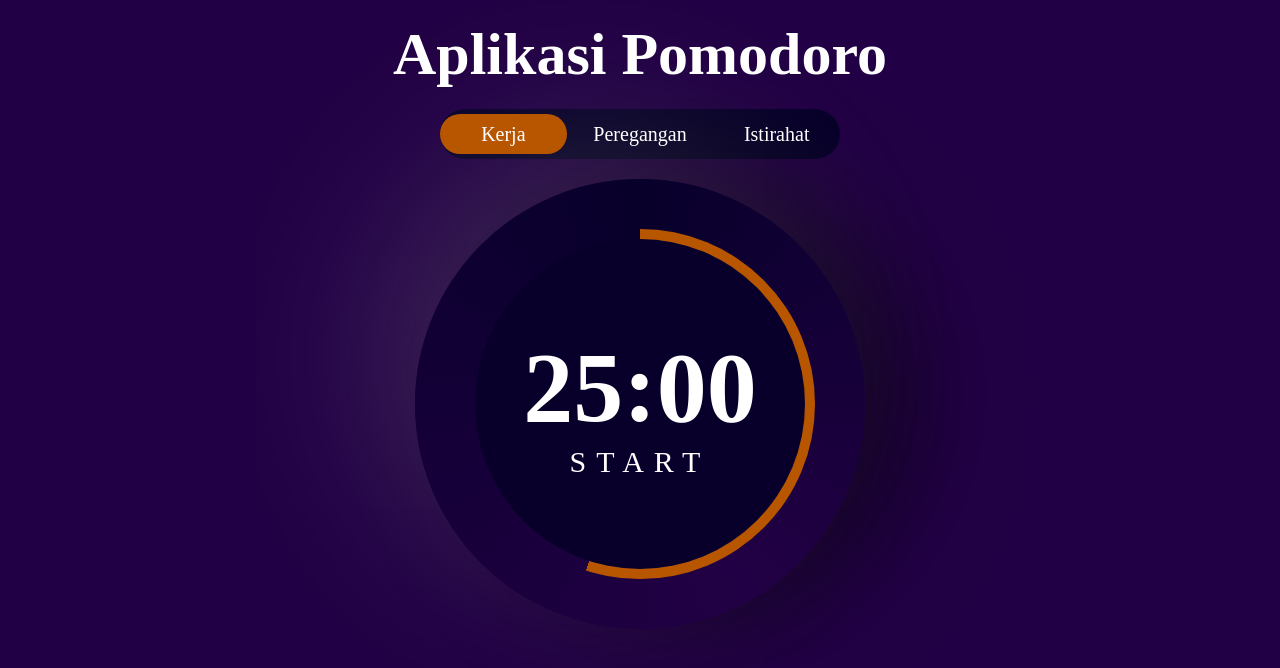
Repository: sellayspy/aplikasiPomodoro
Page: /
The author's editor kept a copy of each file at every save. The page is drawn from the files as they stood at one save, then again after the next save.
The browser window is 1280 px wide. The pictures show the whole page.
The project was rebuilt for these pictures with package versions that can differ from the ones it lists, and the page was loaded fresh each time. Also part of the build but not shown: vite.config.js.

Above is the page before, as saved 2024-11-25 15:50:51.

### index.html
<!DOCTYPE html>
<html lang="en">
  <head>
    <meta charset="UTF-8" />
    <link rel="icon" type="image/svg+xml" href="/vite.svg" />
    <meta name="viewport" content="width=device-width, initial-scale=1.0" />
    <title>Aplikasi Pomodoro</title>
  </head>
  <body>
    <div id="root"></div>
    <script type="module" src="/src/main.jsx"></script>
  </body>
</html>

### src/main.jsx
import { StrictMode } from "react";
import { createRoot } from "react-dom/client";
import { createGlobalStyle, ThemeProvider } from "styled-components";
import App from "./App.jsx";
import StateProvider from "./components/StateProvider.jsx";

const GlobalStyle = createGlobalStyle`

*{
  margin: 0;
  padding: 0;
  box-sizing: border-box;
}

  html,body{
    background-color: ${(props) => props.theme.colors.bg};;
    font-size: 62.5%;
  }

  body{
    font-size: 1.6rem;
    color: white;
  }

`;

const theme = {
  colors: {
    primary: "#b85600",
    secondary: "#08002b",
    bg: "#220045",
  },
};

createRoot(document.getElementById("root")).render(
  <StrictMode>
    <StateProvider>
      <ThemeProvider theme={theme}>
        <GlobalStyle />
        <App />
      </ThemeProvider>
    </StateProvider>
  </StrictMode>
);

### src/App.jsx
import styled from "styled-components";
import Judul from "./components/Judul";
import Timer from "./components/Timer";

function App() {
  return (
    <>
      <Title>Aplikasi Pomodoro</Title>
      <Judul />
      <Timer />
    </>
  );
}

export default App;

const Title = styled.h1`
  font-size: 6rem;
  padding: 2rem 0;
  text-align: center;
`;

### src/components/StateProvider.jsx
import { createContext, useEffect, useState } from "react";
export const StateContext = createContext();

const StateProvider = ({ children }) => {
  const [waktuKerja, setWaktuKerja] = useState(25 * 60);
  const [peregangan, setPeregangan] = useState(5 * 60);
  const [istirahat, setIstirahat] = useState(30 * 60);

  const [initialWaktu, setInitialWaktu] = useState(0);

  const [activeJudul, setActiveJudul] = useState(0);
  const [progress, setProgress] = useState(55);
  const [time, setTime] = useState(500);
  const [isActive, setIsActive] = useState(false);

  useEffect(() => {
    switch (activeJudul) {
      case 0:
        setTime(waktuKerja);
        setInitialWaktu(waktuKerja);
        break;
      case 1:
        setTime(peregangan);
        setInitialWaktu(peregangan);
        break;
      case 2:
        setTime(istirahat);
        setInitialWaktu(istirahat);
        break;
      default:
        break;
    }
  }, [activeJudul, waktuKerja, peregangan, istirahat]);

  return (
    <StateContext.Provider
      value={{
        activeJudul,
        setActiveJudul,
        progress,
        setProgress,
        isActive,
        setIsActive,
        time,
        setTime,
        initialWaktu,
        setInitialWaktu,
      }}
    >
      {children}
    </StateContext.Provider>
  );
};

export default StateProvider;

### src/components/Judul.jsx
import styled, { css } from "styled-components";
import { useContext } from "react";
import { StateContext } from "./StateProvider";

const Judul = () => {
  const { activeJudul, setActiveJudul } = useContext(StateContext);

  const handleJudulClick = (index) => {
    setActiveJudul(index);
  };
  return (
    <JudulContainer>
      {["Kerja", "Peregangan", "Istirahat"].map((tag, i) => (
        <Tag
          onClick={() => handleJudulClick(i)}
          active={activeJudul === i}
          key={i}
        >
          {tag}
        </Tag>
      ))}
    </JudulContainer>
  );
};

export default Judul;

const JudulContainer = styled.div`
  background: ${(props) => props.theme.colors.secondary};
  height: 5rem;
  width: 40rem;
  margin: 0 auto;
  border-radius: 5rem;
  display: flex;
  gap: 1rem;
  align-items: center;
`;

const Tag = styled.button`
  all: unset;
  height: 4rem;
  text-align: center;
  border-radius: 5rem;
  flex: 1;
  font-size: 2rem;

  ${({ active }) =>
    active &&
    css`
      background: ${(props) => props.theme.colors.primary};
    `}
`;

### src/components/Timer.jsx
import styled from "styled-components";
import TimerProgress from "./TimerProgress";

const Timer = () => {
  return (
    <TimerContainer>
      <TimerProgress />
    </TimerContainer>
  );
};

export default Timer;

const TimerContainer = styled.div`
  background: conic-gradient(
    ${(props) => props.theme.colors.secondary},
    ${(props) => props.theme.colors.bg} 150deg,
    ${(props) => props.theme.colors.secondary}
  );

  width: 45rem;
  height: 45rem;

  margin: 2rem auto;
  border-radius: 50%;
  display: grid;
  place-items: center;
  box-shadow: -50px -50px 150px rgba(158, 158, 158, 0.2),
    50px -10px 100px rgba(0, 0, 0, 0.5);
`;

### src/components/TimerProgress.jsx
import { useContext } from "react";
import styled from "styled-components";
import Waktu from "./Waktu";
import { StateContext } from "./StateProvider";

const TimerProgress = () => {
  const { progress, setProgress } = useContext(StateContext);

  return (
    <OuterCircle progress={progress}>
      <InnerCircle>
        <Waktu />
      </InnerCircle>
    </OuterCircle>
  );
};

export default TimerProgress;

const OuterCircle = styled.div`
  width: 35rem;
  height: 35rem;

  border-radius: 50%;
  display: grid;
  place-items: center;
  background: conic-gradient(
    ${(props) => props.theme.colors.primary} ${({ progress }) => progress}%,
    transparent ${({ progress }) => progress}%
  );
`;

const InnerCircle = styled.div`
  width: 33rem;
  height: 33rem;
  background: ${(props) => props.theme.colors.secondary};

  border-radius: 50%;
  display: grid;
  place-items: center;
`;

### src/components/Waktu.jsx
import { useEffect, useContext } from "react";
import styled from "styled-components";
import { StateContext } from "./StateProvider";

const Waktu = () => {
  const { time, setTime, isActive, setIsActive, initialWaktu } =
    useContext(StateContext);
  useEffect(() => {
    if (isActive && time > 0) {
      const interval = setInterval(() => {
        setTime((time) => time - 1);
      }, 1000);

      return () => clearInterval(interval);
    }
  }, [time, isActive]);

  const buttonClick = () => {
    setIsActive(!isActive);
  };

  const buttonReset = () => {
    setTime(initialWaktu);
    setIsActive(false);
  };

  const getTime = (time) => {
    const min = Math.floor(time / 60);
    const sec = time % 60;
    return `${min < 10 ? "0" + min : min}:${sec < 10 ? "0" + sec : sec}`;
  };

  return (
    <ClockContainer>
      <TimerText>{getTime(time)}</TimerText>
      <StartPauseButton onClick={buttonClick}>
        {isActive ? "Pause" : "Start"}
      </StartPauseButton>
      {time === 0 && <ResetButton onClick={buttonReset}>RESET</ResetButton>}
    </ClockContainer>
  );
};

export default Waktu;
const ClockContainer = styled.div`
  display: grid;
  place-items: center;
`;

const TimerText = styled.h3`
  font-size: 10rem;
`;

const StartPauseButton = styled.button`
  all: unset;
  text-align: center;
  font-size: 3rem;
  text-transform: uppercase;
  letter-spacing: 1rem;
`;

const ResetButton = styled(StartPauseButton)`
  color: red;
`;

After the next save:
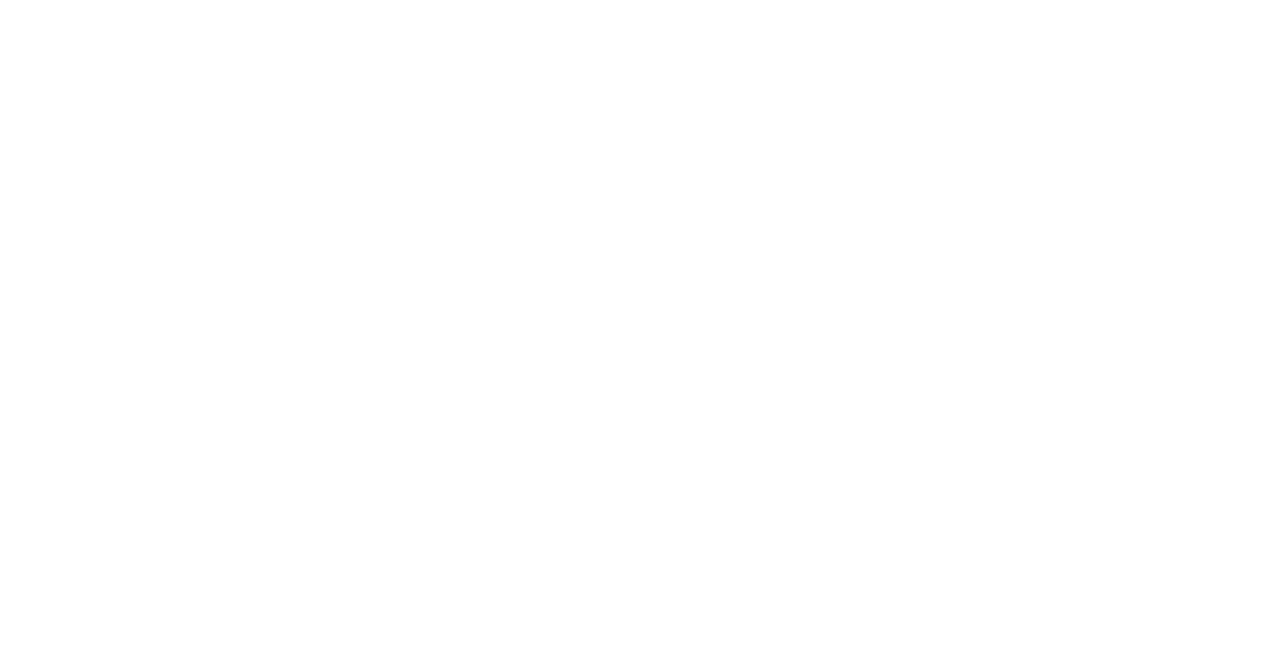
Console error: ReferenceError: time is not defined
Saved 61 s later.
--- a/src/components/TimerProgress.jsx
+++ b/src/components/TimerProgress.jsx
@@ -1,10 +1,14 @@
-import { useContext } from "react";
+import { useContext, useEffect } from "react";
 import styled from "styled-components";
 import Waktu from "./Waktu";
 import { StateContext } from "./StateProvider";
 
 const TimerProgress = () => {
   const { progress, setProgress } = useContext(StateContext);
+
+  useEffect(() => {
+    setProgress(time / (initialWaktu / 100));
+  }, []);
 
   return (
     <OuterCircle progress={progress}>

After the save that followed:
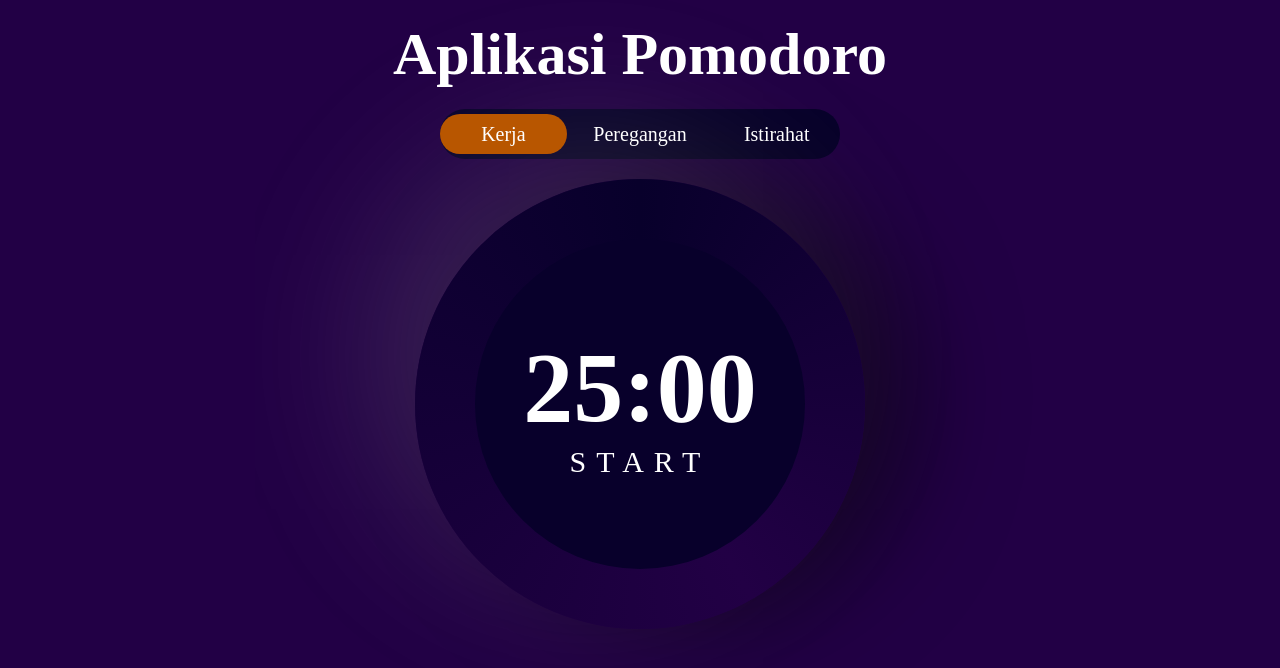
The error is gone.
Saved 37 s later.
--- a/src/components/TimerProgress.jsx
+++ b/src/components/TimerProgress.jsx
@@ -4,7 +4,8 @@
 import { StateContext } from "./StateProvider";
 
 const TimerProgress = () => {
-  const { progress, setProgress } = useContext(StateContext);
+  const { progress, setProgress, time, initialWaktu } =
+    useContext(StateContext);
 
   useEffect(() => {
     setProgress(time / (initialWaktu / 100));
